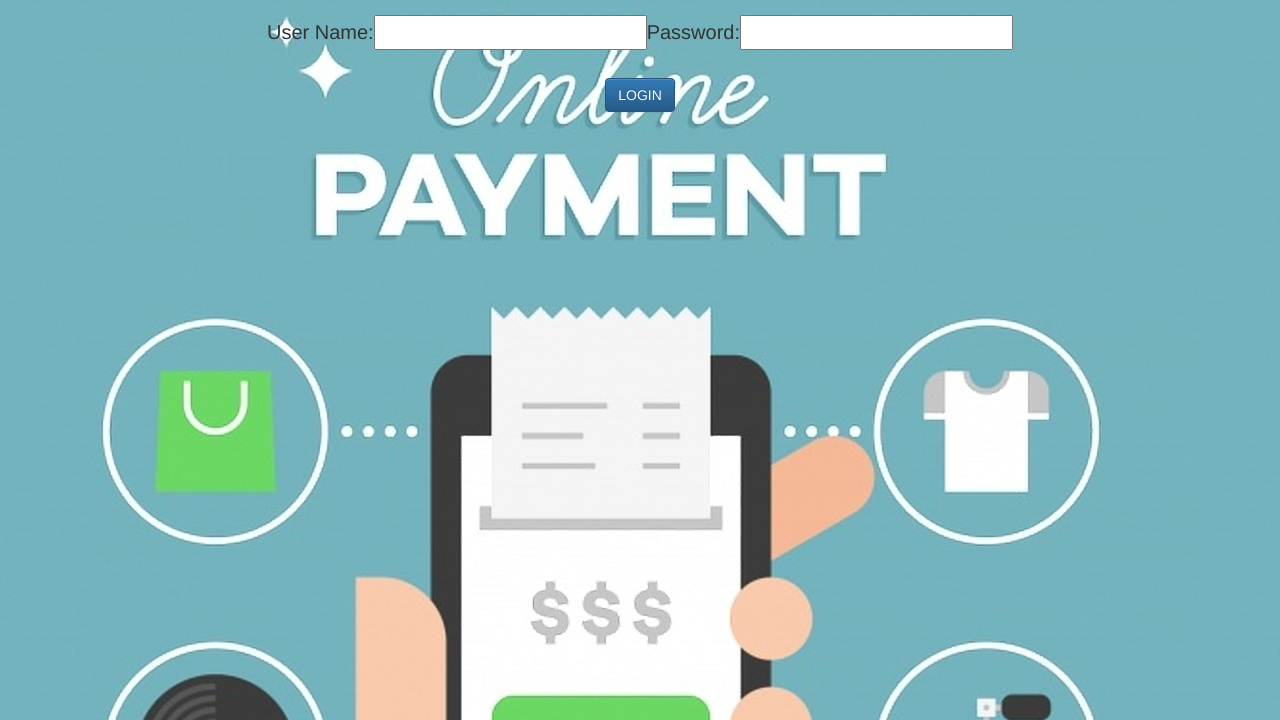
Repository: shaharyar-shamshi/crossplatform
Page: transaction/WebContent/login.html
These files come from the project's save history. The page is drawn as it stood at one moment and after the next save; the edit follows.
The browser window is 1280 px wide. The pictures show the whole page.

Above is the page before, as saved 2018-02-04 10:47:54.
Console error (its wording comes from the project's code and is left out).

### transaction/WebContent/login.html
<!DOCTYPE html>
<html>
<head>
	<style type="text/css">
		body
{
	background-image: url(back.jpg);
	font-size: 50px;
}
	</style>
	<link rel="stylesheet" href="https://maxcdn.bootstrapcdn.com/bootstrap/3.3.7/css/bootstrap.min.css" integrity="sha384-BVYiiSIFeK1dGmJRAkycuHAHRg32OmUcww7on3RYdg4Va+PmSTsz/K68vbdEjh4u" crossorigin="anonymous">

<!-- Optional theme -->
<link rel="stylesheet" href="https://maxcdn.bootstrapcdn.com/bootstrap/3.3.7/css/bootstrap-theme.min.css" integrity="sha384-rHyoN1iRsVXV4nD0JutlnGaslCJuC7uwjduW9SVrLvRYooPp2bWYgmgJQIXwl/Sp" crossorigin="anonymous">

<!-- Latest compiled and minified JavaScript -->
<script src="https://maxcdn.bootstrapcdn.com/bootstrap/3.3.7/js/bootstrap.min.js" integrity="sha384-Tc5IQib027qvyjSMfHjOMaLkfuWVxZxUPnCJA7l2mCWNIpG9mGCD8wGNIcPD7Txa" crossorigin="anonymous"></script>
<meta charset="UTF-8">
<title>Insert title here</title>
</head>
<body>
<form action="logincheck" method="post" align="center" style="padding: 15px; font-size: 20px;">
<table align="center">
<tr>
<td>
User Name:
</td>
<td>
<input type="text" name="userid" length=25/>

</td>
<td> Password:</td>
<td><input type="password" name="password" length=25 /></td>
</tr>
</table>
<br>
<div style="width: 100%; align-content: center;">
<button   class="btn btn-primary">LOGIN</button></div>
</form>
</body>
</html>

After the next save:
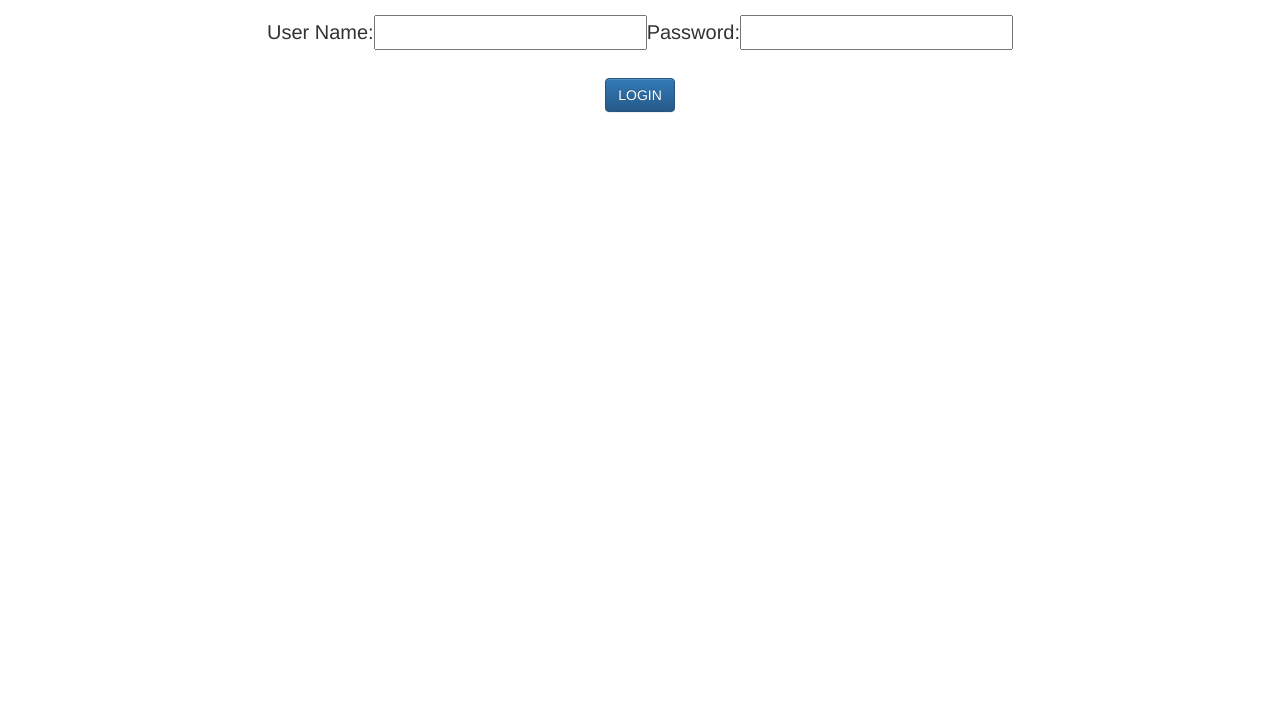
Saved 5 min 29 s later.
--- a/transaction/WebContent/login.html
+++ b/transaction/WebContent/login.html
@@ -4,7 +4,7 @@
 	<style type="text/css">
 		body
 {
-	background-image: url(back.jpg);
+	background-image: url('back.jpg'');
 	font-size: 50px;
 }
 	</style>

After the save that followed:
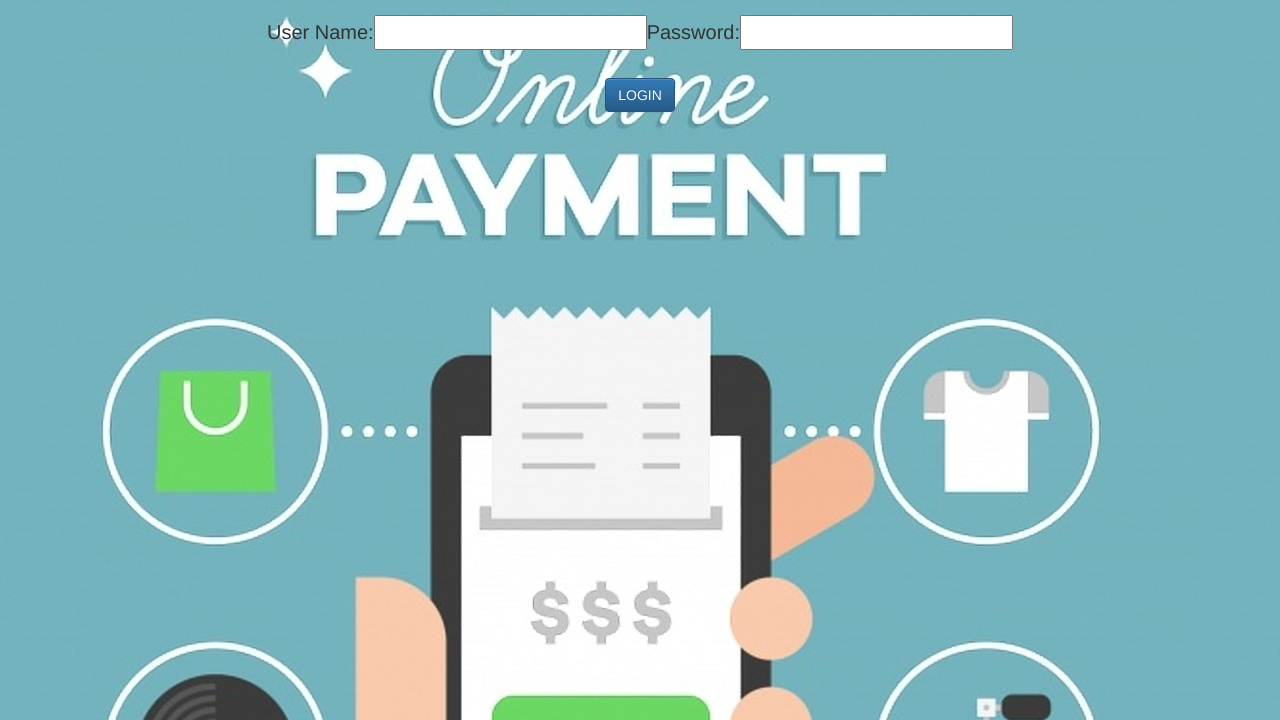
Saved 2 min 8 s later.
--- a/transaction/WebContent/login.html
+++ b/transaction/WebContent/login.html
@@ -4,7 +4,7 @@
 	<style type="text/css">
 		body
 {
-	background-image: url('back.jpg'');
+	background-image: url(back.jpg);
 	font-size: 50px;
 }
 	</style>
